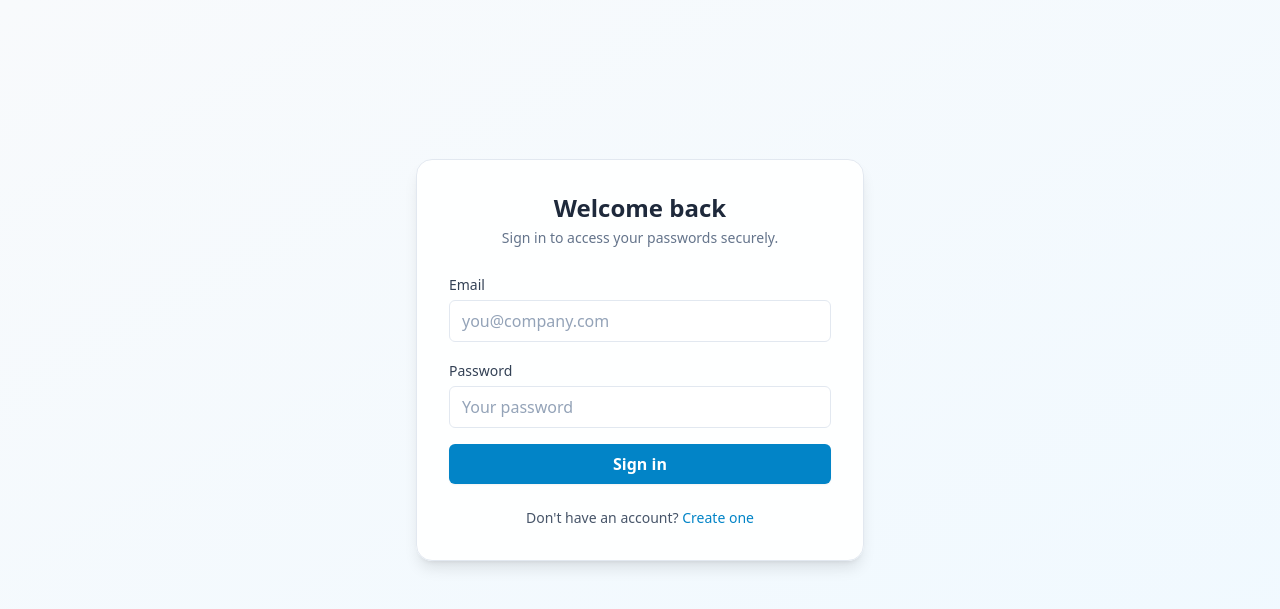
Repository: MIbrahim0121/password_manager_localstorage-based
Page: /home
An editor plug-in stored every save of this project. The page is shown before and after a run of saves, followed by the edit.
The browser window is 1280 px wide. The pictures show the whole page.
The project was rebuilt for these pictures with package versions that can differ from the ones it lists, and the page was loaded fresh each time. Also part of the build but not shown: vite.config.js, src/pages/Home.jsx, src/pages/Register.jsx.

Above is the page before, as saved 2025-10-17 07:18:10.

After the next 3 saves:
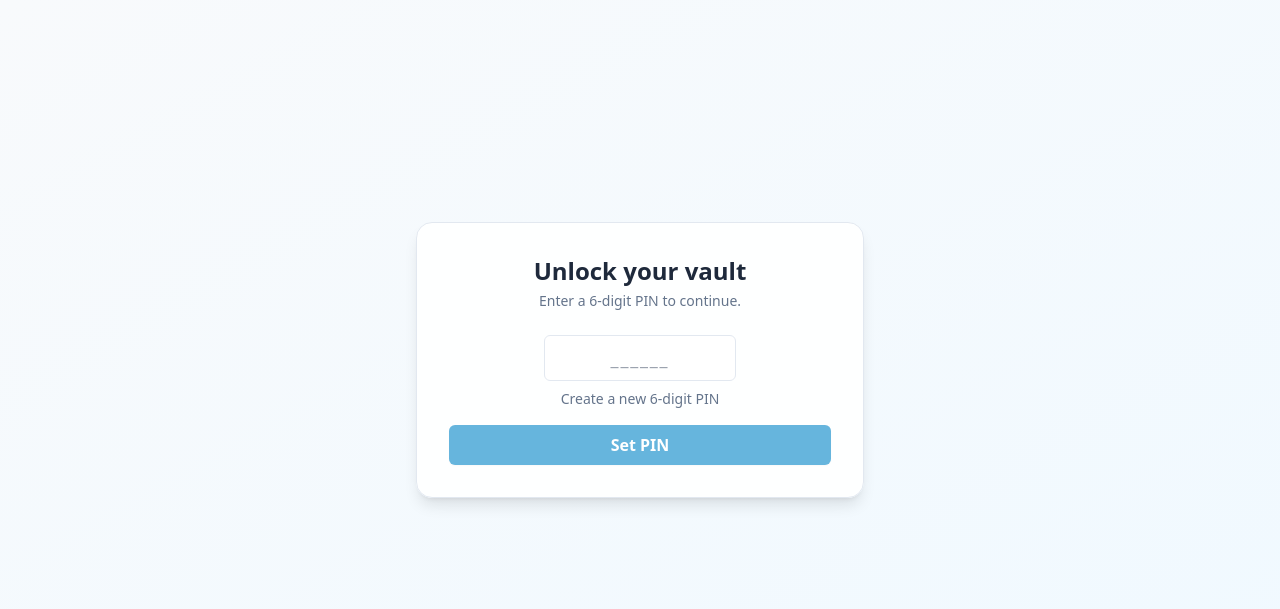
The 3 saves are shown as one change because 2 did not build or start.
The last was saved 61 s later.
--- a/src/context/AuthContext.jsx
+++ b/src/context/AuthContext.jsx
@@ -50,7 +50,7 @@ export function AuthProvider({ children }) {
   }
 
   // PIN-based auth (simple demo)
-  const setPin = (pin) => {
+  const setAppPin = (pin) => {
     if (!/^[0-9]{6}$/.test(pin)) {
       throw new Error('PIN must be 6 digits')
     }
@@ -86,7 +86,7 @@ export function AuthProvider({ children }) {
     currentUser,
     login,
     register,
-    setPin,
+    setAppPin,
     loginWithPin,
     logout,
   }
--- a/src/pages/Login.jsx
+++ b/src/pages/Login.jsx
@@ -1,37 +1,54 @@
 // src/pages/Login.jsx
 
-import { useState } from 'react'
+import { useState, useEffect } from 'react'
 import { useAuth } from '../context/AuthContext'
-import { useNavigate, Link } from 'react-router-dom'
+import { useNavigate } from 'react-router-dom'
 
 const Login = () => {
-  const [email, setEmail] = useState('')
-  const [password, setPassword] = useState('')
+  const [pin, setPin] = useState('')
   const [error, setError] = useState('')
   const [loading, setLoading] = useState(false)
-  const { login } = useAuth()
+  const [pinExists, setPinExists] = useState(false)
+  const { setAppPin, loginWithPin } = useAuth()
   const navigate = useNavigate()
+
+  useEffect(() => {
+    const stored = localStorage.getItem('app_pin')
+    setPinExists(!!stored)
+  }, [])
 
   const handleSubmit = async (e) => {
     e.preventDefault()
     setError('')
     setLoading(true)
     try {
-      await login(email, password)
-      navigate('/home') // Redirect to home on successful login
+      if (!pinExists) {
+        // set the PIN (must be 6 digits)
+        await setAppPin(pin)
+        navigate('/home')
+      } else {
+        await loginWithPin(pin)
+        navigate('/home')
+      }
     } catch (err) {
-      setError(err?.message || 'Failed to login')
+      setError(err?.message || 'Failed')
     } finally {
       setLoading(false)
     }
+  }
+
+  const onChangePin = (value) => {
+    // allow only digits and max length 6
+    const filtered = value.replace(/\D/g, '').slice(0, 6)
+    setPin(filtered)
   }
 
   return (
     <div className="min-h-screen flex items-center justify-center bg-gradient-to-br from-slate-50 to-sky-50 p-6">
       <div className="max-w-md w-full bg-white/90 backdrop-blur-sm rounded-2xl shadow-lg border border-slate-200 p-8">
         <header className="mb-6 text-center">
-          <h1 className="text-2xl font-semibold text-slate-800">Welcome back</h1>
-          <p className="mt-1 text-sm text-slate-500">Sign in to access your passwords securely.</p>
+          <h1 className="text-2xl font-semibold text-slate-800">Unlock your vault</h1>
+          <p className="mt-1 text-sm text-slate-500">Enter a 6-digit PIN to continue.</p>
         </header>
 
         {error && (
@@ -41,45 +58,25 @@ const Login = () => {
         )}
 
         <form onSubmit={handleSubmit} className="space-y-4">
-          <label className="block">
-            <span className="text-sm font-medium text-slate-700">Email</span>
+          <div className="text-center">
             <input
-              type="email"
-              value={email}
-              onChange={(e) => setEmail(e.target.value)}
-              placeholder="you@company.com"
-              required
-              className="mt-1 block w-full rounded-md border border-slate-200 bg-white px-3 py-2 text-slate-700 placeholder-slate-400 focus:outline-none focus:ring-2 focus:ring-sky-400"
+              inputMode="numeric"
+              value={pin}
+              onChange={(e) => onChangePin(e.target.value)}
+              placeholder="______"
+              className="mx-auto text-center tracking-widest text-lg w-48 rounded-md border border-slate-200 px-3 py-2 focus:outline-none"
             />
-          </label>
-
-          <label className="block">
-            <span className="text-sm font-medium text-slate-700">Password</span>
-            <input
-              type="password"
-              value={password}
-              onChange={(e) => setPassword(e.target.value)}
-              placeholder="Your password"
-              required
-              className="mt-1 block w-full rounded-md border border-slate-200 bg-white px-3 py-2 text-slate-700 placeholder-slate-400 focus:outline-none focus:ring-2 focus:ring-sky-400"
-            />
-          </label>
+            <div className="mt-2 text-sm text-slate-500">{pinExists ? 'Enter your PIN' : 'Create a new 6-digit PIN'}</div>
+          </div>
 
           <button
             type="submit"
-            disabled={loading}
+            disabled={loading || pin.length !== 6}
             className="w-full inline-flex items-center justify-center gap-2 rounded-md bg-sky-600 hover:bg-sky-700 active:scale-95 px-4 py-2 text-white font-semibold shadow-sm transition-transform disabled:opacity-60"
           >
-            {loading ? 'Signing in...' : 'Sign in'}
+            {loading ? 'Please wait...' : pinExists ? 'Unlock' : 'Set PIN'}
           </button>
         </form>
-
-        <div className="mt-6 text-center text-sm text-slate-600">
-          Don&apos;t have an account?{' '}
-          <Link to="/" className="text-sky-600 font-medium hover:underline">
-            Create one
-          </Link>
-        </div>
       </div>
     </div>
   )
